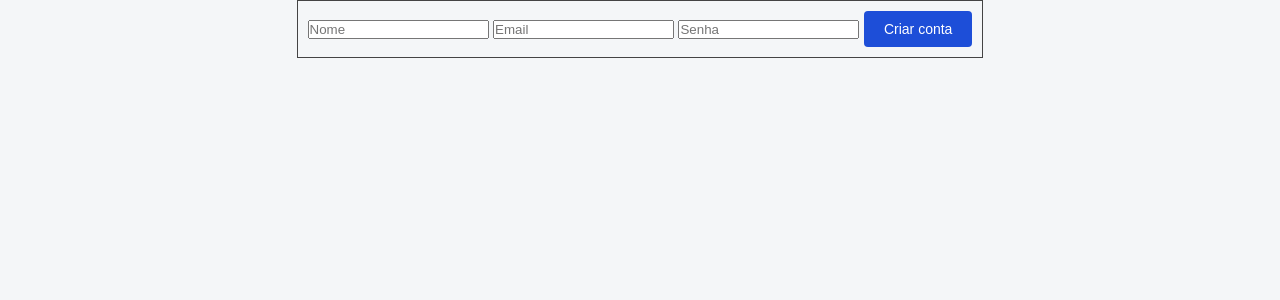
Repository: juvencio009/infratech-web
Page: register.html
An editor plug-in stored every save of this project. The page is shown before and after the next save, followed by the edit.
The browser window is 1280 px wide. The pictures show the whole page.

Above is the page before, as saved 2025-12-18 14:58:14.

### register.html
<!DOCTYPE html>
<html lang="en">
<head>
    <meta charset="UTF-8">
    <meta name="viewport" content="width=device-width, initial-scale=1.0">
    <title>Register & Login</title>
    <link rel="stylesheet" href="css/style.css">
</head>
<body style="display: flex;
align-items: center;
justify-content: center;">
    <form id="registerForm" style="border: 1px solid #444;padding: 10px;">
           <input type="text" id="name" placeholder="Nome" required />
            <input type="email" id="email" placeholder="Email" required />
            <input type="password" id="password" placeholder="Senha" required />
            <button>Criar conta</button>
    </form>
    <script src="src/main.js"></script>
</body>
</html>

### css/style.css
/* ===============================
   RESET & BASE
================================ */

* {
  box-sizing: border-box;
  margin: 0;
  padding: 0;
  font-family: Arial, Helvetica, sans-serif;
}

body {
  background: #f4f6f8;
  color: #1f2937;
  line-height: 1.5;
}

/* ===============================
   HEADER
================================ */

header {
  background: #ffffff;
  border-bottom: 1px solid #e5e7eb;
  padding: 16px 40px;
  display: flex;
  align-items: center;
  justify-content: space-between;
}

.logo {
  font-size: 22px;
  font-weight: bold;
  color: #1d4ed8;
  cursor: pointer;
}

.header-actions button {
  background: transparent;
  border: 1px solid #1d4ed8;
  color: #1d4ed8;
  padding: 6px 14px;
  border-radius: 4px;
  cursor: pointer;
  font-size: 14px;
}

.header-actions button:disabled {
  opacity: 0.6;
  cursor: default;
}

/* ===============================
   HERO / INTRO (INDEX)
================================ */

.hero {
  padding: 50px 40px 30px;
}

.hero h1 {
  font-size: 28px;
  margin-bottom: 10px;
}

.hero p {
  color: #4b5563;
  max-width: 600px;
}

/* ===============================
   GRID DE DISCIPLINAS
================================ */

.grid {
  padding: 40px;
  display: grid;
  grid-template-columns: repeat(auto-fit, minmax(230px, 1fr));
  gap: 24px;
}

.card {
  background: #ffffff;
  border-radius: 8px;
  padding: 30px 20px;
  text-align: center;
  border: 1px solid #e5e7eb;
  cursor: pointer;
  transition: 0.2s ease;
}

.card:hover {
  transform: translateY(-4px);
  box-shadow: 0 6px 20px rgba(0, 0, 0, 0.08);
}

.card i {
  font-size: 38px;
  color: #1d4ed8;
  margin-bottom: 14px;
}

.card h3 {
  font-size: 18px;
  margin-bottom: 8px;
}

.card span {
  font-size: 13px;
  color: #6b7280;
}

/* ===============================
   MAIN (QUIZ)
================================ */

main {
  max-width: 720px;
  margin: 40px auto;
  background: #ffffff;
  border-radius: 8px;
  border: 1px solid #e5e7eb;
  padding: 30px;
}

.subtitle {
  color: #6b7280;
  margin-bottom: 20px;
  font-size: 14px;
}

/* ===============================
   INTRO DO QUIZ
================================ */

#intro ul {
  margin: 20px 0;
  padding-left: 18px;
  color: #374151;
}

#intro li {
  margin-bottom: 8px;
  font-size: 14px;
}

#intro i {
  color: #dc2626;
  margin-right: 6px;
}

/* ===============================
   BOTÕES
================================ */

button {
  background: #1d4ed8;
  color: #ffffff;
  border: none;
  padding: 10px 20px;
  border-radius: 4px;
  cursor: pointer;
  font-size: 14px;
}

button:hover {
  background: #1e40af;
}

/* ===============================
   QUESTÕES
================================ */

.question-number {
  font-size: 13px;
  color: #6b7280;
  margin-bottom: 6px;
}

.question-text {
  font-size: 17px;
  margin-bottom: 20px;
}

/* ===============================
   OPÇÕES DE RESPOSTA
================================ */

.option {
  border: 1px solid #e5e7eb;
  border-radius: 4px;
  padding: 10px 12px;
  margin-bottom: 10px;
  cursor: pointer;
  transition: 0.15s;
  display: flex;
  gap: 10px;
  align-items: center;
}

.option:hover {
  background: #f9fafb;
}

.option input {
  cursor: pointer;
}

/* ===============================
   AÇÕES
================================ */

.actions {
  margin-top: 20px;
  display: flex;
  justify-content: flex-end;
}

/* ===============================
   RESULTADO
================================ */

#resultado {
  text-align: center;
}

.score {
  font-size: 28px;
  margin: 20px 0;
  color: #1d4ed8;
}

.status {
  font-size: 16px;
  font-weight: bold;
}

/* ===============================
   FOOTER
================================ */

footer {
  text-align: center;
  padding: 20px;
  font-size: 13px;
  color: #374151;
  padding: 10px 12px;
  width: 100%;
  border-top: 2px solid #374151;
  background: #f9fafb;
}

/* ===============================
   UTILIDADES
================================ */

.hidden {
  display: none;
}

/* ===============================
   RESPONSIVO
================================ */

@media (max-width: 600px) {
  header {
    padding: 14px 20px;
  }

  .hero,
  .grid {
    padding: 20px;
  }

  main {
    margin: 20px;
    padding: 20px;
  }
}

### src/main.js
const form = document.getElementById("registerForm");

form.addEventListener("submit", async (e) => {
  e.preventDefault();

  const name = document.getElementById("name").value;
  const email = document.getElementById("email").value;
  const password = document.getElementById("password").value;

  // 1️⃣ Criar usuário no AUTH
  const { data, error } = await supabaseClient.auth.signUp({
    email,
    password
  });

  if (error) {
    alert(error.message);
    return;
  }

  // 2️⃣ Inserir dados na sua tabela studio001
  const { error: insertError } = await supabaseClient
    .from("studio001")
    .insert({
      id: data.user.id,
      name: name,
      email: email
    });

  if (insertError) {
    alert(insertError.message);
    return;
  }

  alert("Conta criada com sucesso!");
});

After the next save:
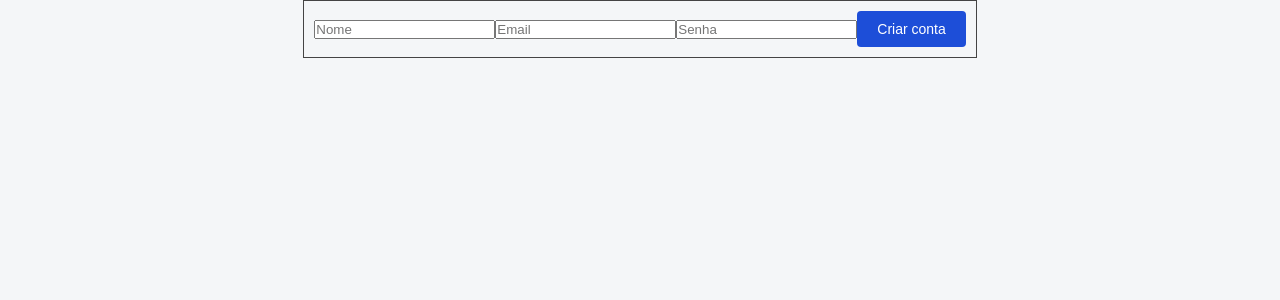
Saved 16 s later.
--- a/register.html
+++ b/register.html
@@ -9,7 +9,9 @@
 <body style="display: flex;
 align-items: center;
 justify-content: center;">
-    <form id="registerForm" style="border: 1px solid #444;padding: 10px;">
+    <form id="registerForm" style="border: 1px solid #444;padding: 10px;display: flex;
+align-items: center;
+justify-content: center;">
            <input type="text" id="name" placeholder="Nome" required />
             <input type="email" id="email" placeholder="Email" required />
             <input type="password" id="password" placeholder="Senha" required />
